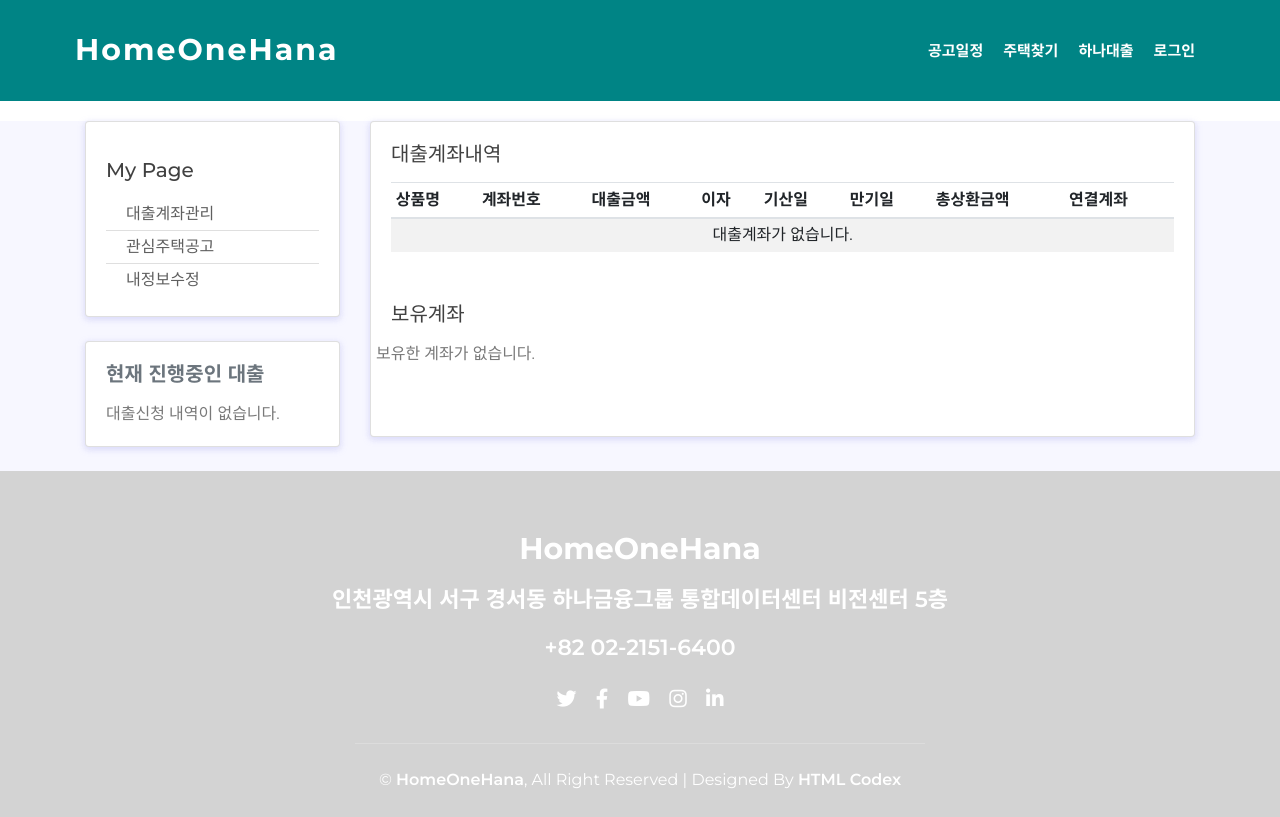
Repository: koposoftware/2021_10_syyoon
Page: http://localhost/HomeOneHana/WEB-INF/jsp/mypage/mypage.jsp
An editor plug-in stored every save of this project. The page is shown before and after a run of saves, followed by the edit.
The browser window is 1280 px wide. The pictures show the whole page.
Some icons come from a web library that is not loaded, so they are not drawn. Some web libraries are served in a nearby version. The page is served by Tomcat 9. Nobody is signed in. Other server files are loaded and not shown. The template is opened directly, without the code that normally fills it, so the values that code supplies are empty.

Above is the page before, as saved 2021-09-15 11:50:02.

### project/Spring-mvc/HomeOneHana/src/main/webapp/WEB-INF/jsp/mypage/mypage.jsp
<%@ page language="java" contentType="text/html; charset=UTF-8"
    pageEncoding="UTF-8"%>
<%@ taglib prefix="c" uri="http://java.sun.com/jsp/jstl/core" %>
<%@ taglib prefix="fmt" uri="http://java.sun.com/jsp/jstl/fmt" %>
<%@ taglib prefix="fn" uri="http://java.sun.com/jsp/jstl/functions" %>
<!DOCTYPE html>
<html>
<head>
<meta charset="UTF-8">
<title>HomeOneHana::마이페이지</title>
<link href="${ pageContext.request.contextPath }/resources/css/top/menubg.css" rel="stylesheet">
<link href="${ pageContext.request.contextPath }/resources/css/mypage/mypage.css" rel="stylesheet">
<script src="https://code.jquery.com/jquery-3.6.0.js"></script>
<script src="${ pageContext.request.contextPath }/resources/js/mypage/mypage.js"></script>

</head>
<body>
	<header>
		<div class="limiter">
			<div class="container-login100">
				<div class="wrap-login100">
					<jsp:include page="../include/topMenu.jsp" />
				</div>
			</div>
		</div>

	</header>
	<section>
		<div class="body">
		<div class="container">
			<div class="row">
			    <div class="col-12 col-lg-3">
					<div class="card">
						<div class="card-body">

							<h5 class="my-3">My Page</h5>
							<div class="fm-menu">
								<div class="list-group list-group-flush">
									<a id="Menu1" href="javascript:;" class="list-group-item py-1"><i class="bx bx-devices me-2"></i><span>대출계좌관리</span></a>
									<a id="Menu2" href="javascript:;" class="list-group-item py-1"><i class="bx bx-folder me-2"></i><span>관심주택공고</span></a>
									<a href="javascript:;" class="list-group-item py-1"><i class="bx bx-plug me-2"></i><span>내정보수정</span></a>

								</div>
							</div>
						</div>
					</div>
					<div class="card">
						<div class="card-body">
							<h5 class="mb-0 text-primary font-weight-bold"><span class="float-end text-secondary">현재 진행중인 대출</span></h5>

							<div class="mt-3"></div>
							<c:if test="${not empty contractList }">
								<c:forEach items="${contractList }" var="contract" varStatus="loop">

									<div class="d-flex align-items-center loanbox">
										<div


											<c:if test="${contract.status eq '심사중' }">class="fm-file-box bg-light-primary text-primary loan-reviewBox"</c:if>
											<c:if test="${contract.status eq '대출완료' }">class="fm-file-box bg-light-primary text-primary loan-finishBox"</c:if>
											<c:if test="${contract.status eq '대출승인' }"> class="fm-file-box bg-light-primary text-primary loan-acceptBox"</c:if>
											<c:if test="${contract.status eq '대출거절' }"> class="fm-file-box bg-light-primary text-primary loan-rejectBox"</c:if>
											>
											<p class="loanstatus">${ contract.status}</p>
										</div>
										<div class="flex-grow-1 ms-2">
											<h6 class="mb-0 loanname"><a
												<c:if test="${contract.status eq '대출승인' }">
													href="${ pageContext.request.contextPath }/loan/contract?contractcode=${contract.contractcode}"
												</c:if>
												<c:if test="${contract.status ne '대출승인' }">
													href="#"
												</c:if>


												>

												${ contract.loanname}</a></h6>
											<p class="mb-0 text-secondary loandate">${contract.stratdt }</p>
										</div>

									</div>

								</c:forEach>

							</c:if>

							<c:if test="${ empty contractList }">
							<div class="d-flex align-items-center mt-3">
								대출신청 내역이 없습니다.
							</div>
							</c:if>

						</div>
					</div>
				</div>


				<div class="col-12 col-lg-9">
					<div class="card" >


					<div class="card-body" id="menu1">
							<div class="d-flex align-items-center">
								<div>
									<h5 class="mb-0">대출계좌내역</h5>
								</div>

							</div>
							<div class="table-responsive mt-3" style="margin-bottom:50px;">
								<table class="table table-striped table-hover table-sm mb-0">
									<thead>
										<tr>
											<th>상품명</th>
											<th>계좌번호</th>
											<th>대출금액</th>
											<th>이자</th>
											<th>기산일</th>
											<th>만기일</th>
											<th>총상환금액</th>
											<th>연결계좌</th>
										</tr>
									</thead>
									<tbody>
									<c:if test="${not empty loanaccountList }">
										<c:forEach items="${loanaccountList }" var="loanacc" varStatus="loop">
										<tr>
											<td>${loanacc.loanname }</td>
											<td>${ fn:substring(loanacc.loanaccount,0,3) }-${ fn:substring(loanacc.loanaccount,3,9) }-${ fn:substring(loanacc.loanaccount,9,13) }</td>
											<td><fmt:formatNumber value="${loanacc.principal }" type="currency"/></td>
											<td>${loanacc.finalrate }%</td>
											<td>${loanacc.accountdt }</td>
											<td>${loanacc.duedate }</td>
											<td>${loanacc.repayamount }</td>
											<td>${ fn:substring(loanacc.account,0,3) }-${ fn:substring(loanacc.account,3,9) }-${ fn:substring(loanacc.account,9,13) }</td>
										</tr>
										</c:forEach>

									</c:if>
									<c:if test="${empty loanaccountList }">
										<tr>
											<td style="text-align:center;" colspan="8">대출계좌가 없습니다.</td>
										</tr>
									</c:if>
									</tbody>
								</table>
							</div>

							<div class="d-flex align-items-center">
								<div>
									<h5 class="mb-0">보유계좌</h5>
								</div>

							</div>
							<div class="row mt-3" style="margin-bottom:50px;">
								<c:if test="${ not empty accountList }">
									<c:forEach items="${ accountList }" var="acc" varStatus="loop">
											<div class="col-12 col-lg-4">
												<div class="card shadow-none border radius-15">
												<div class="card-body">
													<div class="d-flex align-items-center">
														<div ><span class="subti" >${acc.name}</span>
														</div>
														<div class="ms-auto"><i class="fas fa-money-check-alt"></i>
														</div>
													</div>
													<h5 class="mt-3 mb-0"><fmt:formatNumber value="${acc.balance }" type="currency"/></h5>
													<p class="mb-1 mt-4" style="font-size:12px;">
														<span class="float-end">${fn:substring(acc.account,0,3)}-${fn:substring(acc.account,3,9)}-${fn:substring(acc.account,9,13)}</span>
														<span>(${acc.alias})</span>
													</p>
													</div>
												</div>
											</div>
									</c:forEach>
								</c:if>
								<c:if test="${ empty accountList }">
									<div >
										보유한 계좌가 없습니다.
									</div>
								</c:if>
							</div>


						</div>


						<div class="card-body" id="menu2">

							<h5>관심주택</h5>
							<div class="row mt-3" style="margin-bottom:50px;">
								<c:if test="${not empty favoriteHome }">
									<c:forEach items="${ favoriteHome }" var="home" varStatus="loop">
										<div class="col-12 col-lg-4">
											<div class="card shadow-none border radius-15">
											<div class="card-body">
												<div class="d-flex align-items-center">
													<div ><span class="subti"><i class="fas fa-home"></i> ${home.enrolldt}</span>
													</div>
													<div class="ms-auto font-20"><i class="fas fa-star" style="color:#ffd400;"></i>
													</div>
												</div>
												<h5 class="mt-3 mb-0">

													<a

														<c:if test="${contract.status eq '대출승인' }">href="${pageContext.request.contextPath }/search/Detail/${ home.rnadres }"</c:if>
														<c:if test="${contract.status ne '대출승인' }">href="#"</c:if>

														>${home.rnadres}</a>

												</h5>
												<p class="mb-1 mt-4" style="font-size:12px;"><span>${home.insttnm}</span>-<span class="float-end">${home.suplytynm}</span>
												</p>
												</div>
											</div>
										</div>

									</c:forEach>
								</c:if>


								<c:if test="${ empty favoriteHome }">
									<div>
										즐겨찾기한 주택이 없습니다.
									</div>
								</c:if>
							</div>

							<!--end row-->
							<div class="d-flex align-items-center">
								<div>
									<h5 class="mb-0">관심공고</h5>
								</div>

							</div>
							<div class="table-responsive mt-3" style="margin-bottom:50px;">
								<table class="table table-striped table-hover table-sm mb-0">
									<thead>
										<tr>
											<th>공고명 <i class="bx bx-up-arrow-alt ms-2"></i>
											</th>
											<th>마감일</th>
											<th>즐겨찾기등록일</th>
											<th></th>
										</tr>
									</thead>
									<tbody>
									<c:if test="${not empty favoriteNotice }">
										<c:forEach items="${favoriteNotice }" var="noti" varStatus="loop">
										<tr>
											<td>
												<div class="d-flex align-items-center">
													<div><i class="bx bxs-file-pdf me-2 font-24 text-danger"></i>
													</div>
													<div class="font-weight-bold">
														${noti.noticetitle }
													</div>
												</div>
											</td>
											<td>${noti.noticeend }</td>
											<td>${noti.enrolldt }</td>
											<td><i class="fas fa-heart font-22" style="color:#e90061"></i>
											</td>
										</tr>
										</c:forEach>

									</c:if>
									<c:if test="${empty favoriteNotice }">
										<tr>
											<td colspan="4">관심공고가 없습니다.</td>
										</tr>
									</c:if>
									</tbody>
								</table>
							</div>
						</div>
						</div>

					</div>
				</div>

			</div>
			</div>
			</div>
	</section>
	<script>
		$('#menu1').show()
		$('#menu2').hide()
	</script>
	<footer>
		<jsp:include page="../include/bottomMenu.jsp" />
	</footer>
</body>
</html>

### project/Spring-mvc/HomeOneHana/src/main/webapp/WEB-INF/jsp/include/topMenu.jsp
<%@ page language="java" contentType="text/html; charset=UTF-8"
    pageEncoding="UTF-8"%>
<%@ taglib prefix="c" uri="http://java.sun.com/jsp/jstl/core" %>

        <meta content="width=device-width, initial-scale=1.0" name="viewport">
        <meta content="Free Website Template" name="keywords">
        <meta content="Free Website Template" name="description">


		<!-- font-awesome icon  -->
		<link href="//maxcdn.bootstrapcdn.com/font-awesome/4.1.0/css/font-awesome.min.css" rel="stylesheet" />

        <!-- Favicon -->
        <!-- <link href="/Practice-Web/Front/img/favicon.ico" rel="icon"> -->

        <!-- Google Font -->
        <link href="https://fonts.googleapis.com/css2?family=Montserrat:wght@300;400;500;600;700&display=swap" rel="stylesheet">
		<link href="https://fonts.googleapis.com/css2?family=Noto+Sans+KR:wght@100&display=swap" rel="stylesheet">

        <!-- CSS Libraries -->
        <link href="https://stackpath.bootstrapcdn.com/bootstrap/4.4.1/css/bootstrap.min.css" rel="stylesheet">
        <link href="https://cdnjs.cloudflare.com/ajax/libs/font-awesome/5.10.0/css/all.min.css" rel="stylesheet">

        <link href="${ pageContext.request.contextPath }/resources/lib/animate/animate.min.css" rel="stylesheet">
        <link href="${ pageContext.request.contextPath }/resources/lib/owlcarousel/assets/owl.carousel.min.css" rel="stylesheet">
        <link href="${ pageContext.request.contextPath }/resources/lib/lightbox/css/lightbox.min.css" rel="stylesheet">



        <!-- Template Stylesheet -->
        <link href="${ pageContext.request.contextPath }/resources/css/style.css" rel="stylesheet">

<!-- Nav Bar Start -->
<div class="navbar navbar-expand-lg bg-light navbar-light">
    <div class="container-fluid">
        <a href="${ pageContext.request.contextPath }/" class="navbar-brand">HomeOneHana</a>
        <button type="button" class="navbar-toggler" data-toggle="collapse" data-target="#navbarCollapse">
            <span class="navbar-toggler-icon"></span>
        </button>

        <div class="collapse navbar-collapse justify-content-between" id="navbarCollapse">
            <div class="navbar-nav ml-auto">
                <a href="${ pageContext.request.contextPath }/schedule" class="nav-item nav-link">공고일정</a>
                <a href="${ pageContext.request.contextPath }/search" class="nav-item nav-link">주택찾기</a>
                <a href="${ pageContext.request.contextPath }/loan" class="nav-item nav-link">하나대출</a>
            	<c:if test="${ empty sessionScope.loginVO  }">
                <!-- <a href="Front/index2.jsp" class="nav-item nav-link active">Home</a> -->
                <%-- <a href="${ pageContext.request.contextPath }/loan/review" class="nav-item nav-link">대출상담</a> --%>
                <a href="${ pageContext.request.contextPath }/login" class="nav-item nav-link">로그인</a>
				</c:if>

                <%--로그인사용자만 접근가능 --%>
                <c:if test="${ not empty sessionScope.loginVO  }">
	               	<a href="${ pageContext.request.contextPath }/logout" class="nav-item nav-link">로그아웃</a>
	                <a href="${ pageContext.request.contextPath }/mypage" class="nav-item nav-link"><i class="fas fa-user-circle fa-3x"></i></a>
                </c:if>

            </div>
        </div>
    </div>
</div>

### project/Spring-mvc/HomeOneHana/src/main/webapp/WEB-INF/jsp/include/bottomMenu.jsp
<%@ page language="java" contentType="text/html; charset=UTF-8"
    pageEncoding="UTF-8"%>
		<!-- Footer Start -->
        <div class="footer wow fadeIn" data-wow-delay="0.3s">
            <div class="container-fluid">
                <div class="container">
                    <div class="footer-info">
                        <h2>HomeOneHana</h2>
                        <h3>인천광역시 서구 경서동 하나금융그룹 통합데이터센터 비전센터 5층</h3>
                        <div class="footer-menu">
                            <p>+82 02-2151-6400</p>
                        </div>
                        <div class="footer-social">
                            <a href=""><i class="fab fa-twitter"></i></a>
                            <a href=""><i class="fab fa-facebook-f"></i></a>
                            <a href=""><i class="fab fa-youtube"></i></a>
                            <a href=""><i class="fab fa-instagram"></i></a>
                            <a href=""><i class="fab fa-linkedin-in"></i></a>
                        </div>
                    </div>
                </div>
                <div class="container copyright">
                    <p>&copy; <a href="#">HomeOneHana</a>, All Right Reserved | Designed By <a href="https://htmlcodex.com">HTML Codex</a></p>
                </div>
            </div>
        </div>
        <!-- Footer End -->


        <!-- Back to top button -->
        <a href="#" class="btn back-to-top"><i class="fa fa-chevron-up"></i></a>


        <!-- Pre Loader -->
        <div id="loader" class="show">
            <div class="loader"></div>
        </div>


		<!-- JavaScript Libraries -->
        <script src="https://code.jquery.com/jquery-3.4.1.min.js"></script>
        <script src="https://stackpath.bootstrapcdn.com/bootstrap/4.4.1/js/bootstrap.bundle.min.js"></script>
        <script src="${ pageContext.request.contextPath }/resources/lib/easing/easing.min.js"></script>
        <script src="${ pageContext.request.contextPath }/resources/lib/wow/wow.min.js"></script>
        <script src="${ pageContext.request.contextPath }/resources/lib/waypoints/waypoints.min.js"></script>
        <script src="${ pageContext.request.contextPath }/resources/lib/typed/typed.min.js"></script>
        <script src="${ pageContext.request.contextPath }/resources/lib/owlcarousel/owl.carousel.min.js"></script>
        <script src="${ pageContext.request.contextPath }/resources/lib/isotope/isotope.pkgd.min.js"></script>
        <script src="${ pageContext.request.contextPath }/resources/lib/lightbox/js/lightbox.min.js"></script>

        <!-- Contact Javascript File -->
        <script src="${ pageContext.request.contextPath }/resources/mail/jqBootstrapValidation.min.js"></script>
        <script src="${ pageContext.request.contextPath }/resources/mail/contact.js"></script>

        <!-- Template Javascript -->
        <script src="${ pageContext.request.contextPath }/resources/js/main.js"></script>

### project/Spring-mvc/HomeOneHana/src/main/webapp/resources/css/top/menubg.css
@charset "UTF-8";


header{
	height:101px;
	background-color:#008485;
}
@media(max-width:992px){
	header{
		height:70px;
	}
}

### project/Spring-mvc/HomeOneHana/src/main/webapp/resources/css/mypage/mypage.css
@charset "UTF-8";



.body{
margin-top:20px;
background-color: #f7f7ff;
}
.card {
    position: relative;
    display: flex;
    flex-direction: column;
    min-width: 0;
    word-wrap: break-word;
    background-color: #fff;
    background-clip: border-box;
    border: 0px solid rgba(0, 0, 0, 0);
    border-radius: .25rem;
    margin-bottom: 1.5rem;
    box-shadow: 0 2px 6px 0 rgb(218 218 253 / 65%), 0 2px 6px 0 rgb(206 206 238 / 54%);
}
.fm-file-box {
    font-size: 25px;
    background: #e9ecef;
    width: 44px;
    height: 44px;
    display: flex;
    align-items: center;
    justify-content: center;
    border-radius: .25rem;
}
.ms-2 {
    margin-left: .5rem!important;
}

.fm-menu .list-group a {
    font-size: 16px;
    color: #5f5f5f;
    display: flex;
    align-items: center;
}
.list-group-flush>.list-group-item {
    border-width: 0 0 1px;
}
.list-group-item+.list-group-item {
    border-top-width: 0;
}
.py-1 {
    padding-top: .25rem!important;
    padding-bottom: .25rem!important;
}
.list-group-item {
    position: relative;
    display: block;
    padding: .5rem 1rem;
    text-decoration: none;
    background-color: #fff;
    border: 1px solid rgba(0, 0, 0, .125);
}

.radius-15 {
    border-radius: 15px;
}
.fm-icon-box {
    font-size: 32px;
    background: #ffffff;
    width: 52px;
    height: 52px;
    display: flex;
    align-items: center;
    justify-content: center;
    border-radius: .25rem;
}
.font-24 {
    font-size: 24px;
}
.ms-auto {
    margin-left: auto!important;
}
.font-30 {
    font-size: 30px;
}
.user-groups img {
    margin-left: -14px;
    border: 1px solid #e4e4e4;
    padding: 2px;
    cursor: pointer;
}

.rounded-circle {
    border-radius: 50%!important;
}

Loaded but not shown: project/Spring-mvc/HomeOneHana/src/main/webapp/resources/js/mypage/mypage.js (common file); project/Spring-mvc/HomeOneHana/src/main/webapp/resources/lib/animate/animate.min.css (library); project/Spring-mvc/HomeOneHana/src/main/webapp/resources/lib/owlcarousel/assets/owl.carousel.min.css (common file); project/Spring-mvc/HomeOneHana/src/main/webapp/resources/lib/lightbox/css/lightbox.min.css (common file); project/Spring-mvc/HomeOneHana/src/main/webapp/resources/lib/easing/easing.min.js (common file); project/Spring-mvc/HomeOneHana/src/main/webapp/resources/lib/wow/wow.min.js (library); project/Spring-mvc/HomeOneHana/src/main/webapp/resources/lib/waypoints/waypoints.min.js (library); project/Spring-mvc/HomeOneHana/src/main/webapp/resources/lib/typed/typed.min.js (library); project/Spring-mvc/HomeOneHana/src/main/webapp/resources/lib/owlcarousel/owl.carousel.min.js (library); project/Spring-mvc/HomeOneHana/src/main/webapp/resources/lib/isotope/isotope.pkgd.min.js (library); project/Spring-mvc/HomeOneHana/src/main/webapp/resources/lib/lightbox/js/lightbox.min.js (library); project/Spring-mvc/HomeOneHana/src/main/webapp/resources/mail/jqBootstrapValidation.min.js (library); project/Spring-mvc/HomeOneHana/src/main/webapp/resources/js/main.js (108 lines, source omitted); project/Spring-mvc/HomeOneHana/src/main/webapp/resources/mail/contact.js (65 lines, source omitted); project/Spring-mvc/HomeOneHana/src/main/webapp/resources/css/style.css (1648 lines, source omitted)

After the next 2 saves:
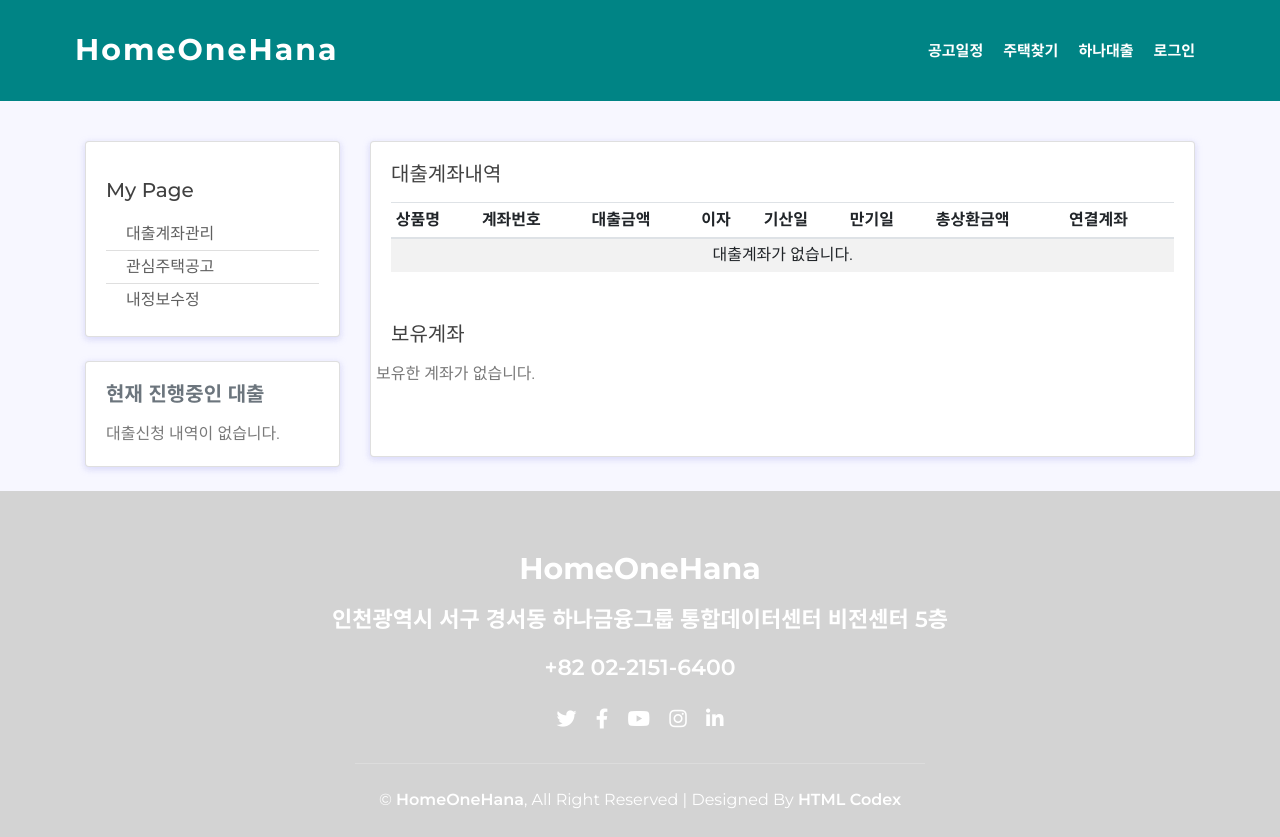
The 2 saves are shown as one change because they came seconds apart.
The last was saved 20 s later.
--- a/project/Spring-mvc/HomeOneHana/src/main/webapp/resources/css/mypage/mypage.css
+++ b/project/Spring-mvc/HomeOneHana/src/main/webapp/resources/css/mypage/mypage.css
@@ -3,7 +3,7 @@
 
 
 .body{
-margin-top:20px;
+padding-top:40px;
 background-color: #f7f7ff;
 }
 .card {
